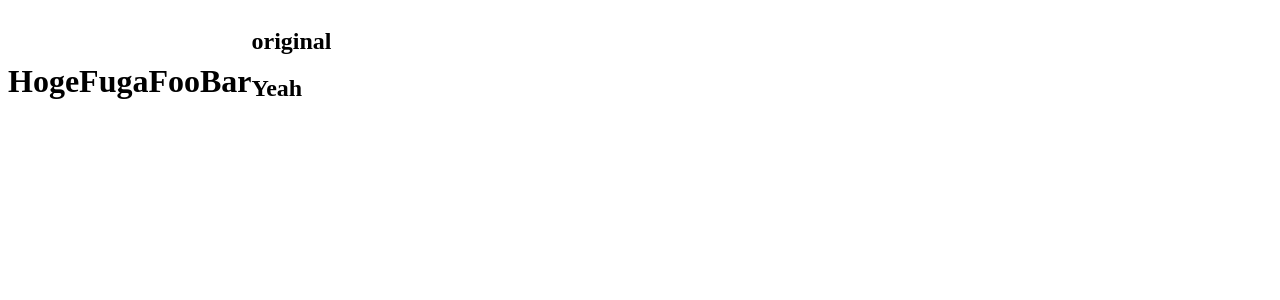
Repository: slowmoter1/samurai_HTML-CSS
Page: Test1/hoge.html
The author's editor kept a record of every edit. The page is drawn from the files as they stood at one moment, then again after the next edit.
The browser window is 1280 px wide. The pictures show the whole page.

Above is the page before.

### Test1/hoge.html
<html lang="ja">
    <head>
        <style>
            #flex-end {
                display: flex;
                align-items: flex-end;
            }
        </style>
    </head>
    <body>
        <div id="flex-end">
            <h1>Hoge</h1>
            <h1>Fuga</h1>
            <h1>Foo</h1>
            <h1>Bar</h1>

        <div id="flex-start">
            <h2>original</h2>
            <h2>Yeah</h2>
        </div>
    </body>
</html>

After the next edit:
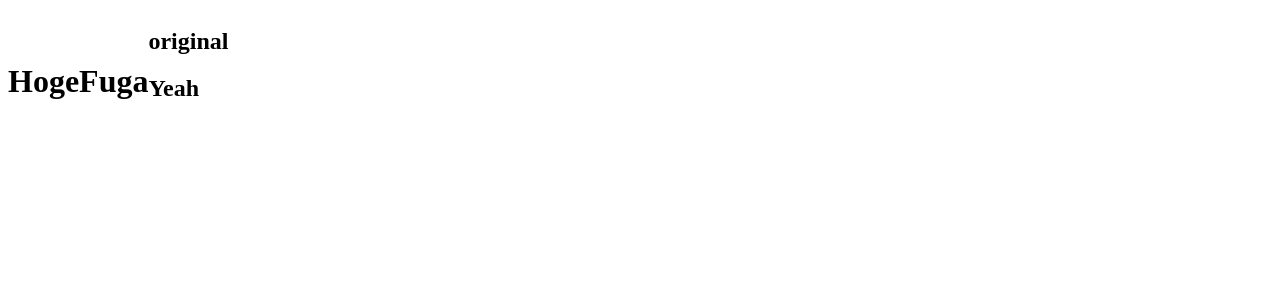
The edit:
--- a/Test1/hoge.html
+++ b/Test1/hoge.html
@@ -11,8 +11,6 @@
         <div id="flex-end">
             <h1>Hoge</h1>
             <h1>Fuga</h1>
-            <h1>Foo</h1>
-            <h1>Bar</h1>
 
         <div id="flex-start">
             <h2>original</h2>
